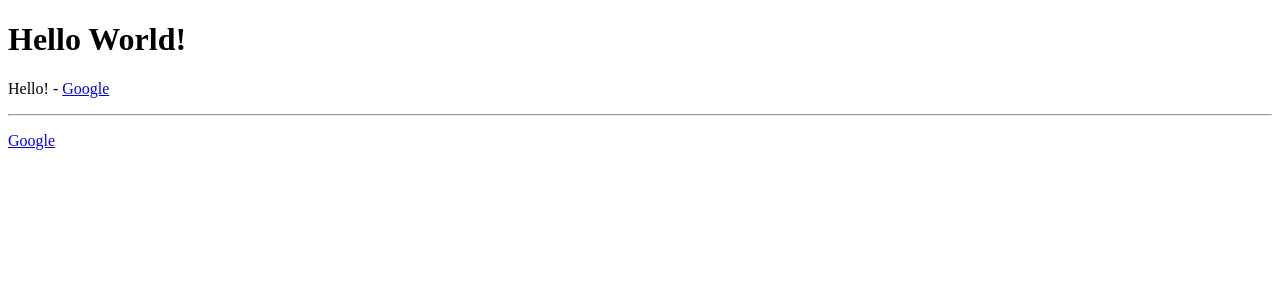
Repository: Samtrapskin/Time-to-learn-Vue.JS
Page: index.html
The author's editor kept a copy of each file at every save. The page is drawn from the files as they stood at one save, then again after a run of saves.
The browser window is 1280 px wide. The pictures show the whole page.
Some web libraries are served in a nearby version.

Above is the page before, as saved 2018-06-29 12:31:41.

After the next 2 saves:
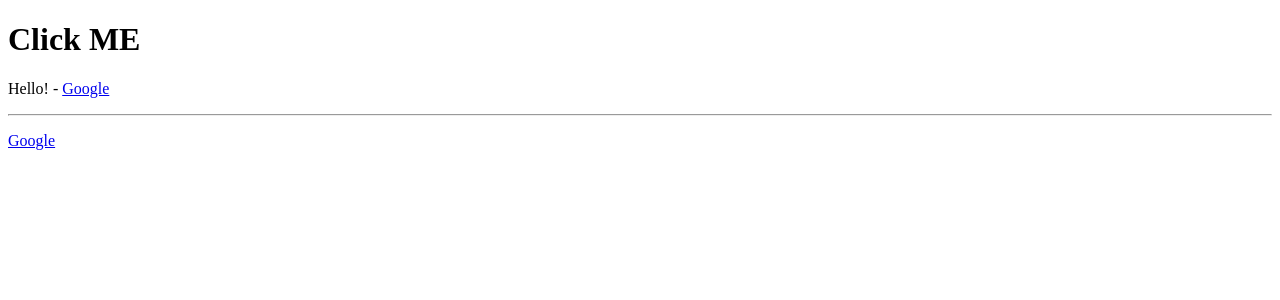
The 2 saves are shown as one change because they came seconds apart.
The last was saved 43 s later.
--- a/index.html
+++ b/index.html
@@ -14,7 +14,7 @@
     <script src="https://cdn.jsdelivr.net/npm/vue@2.5.16/dist/vue.js"></script>
 
     <div id="app">
-        <h1 v-once>{{title}}</h1>
+        <h1 v-once>Click ME</h1>
         <p>
             {{ sayHello() }} - <a v-bind:href ="link">Google</a>
         </p>
